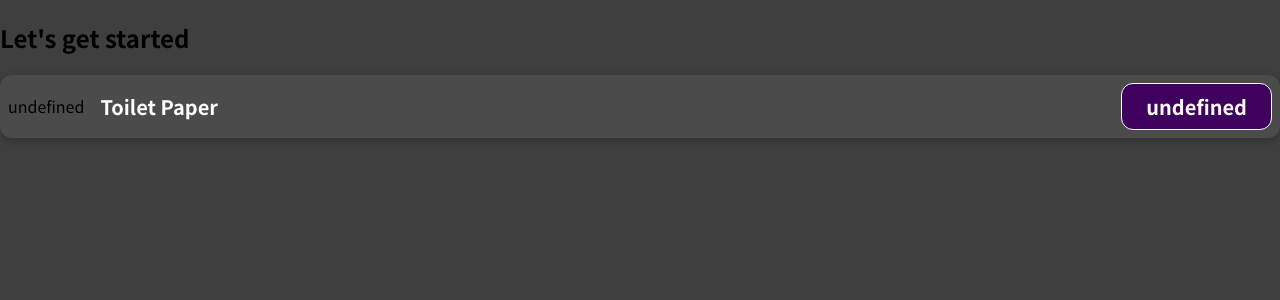
Repository: runner855/expense-tracker
Page: /
These files come from the project's save history. The page is drawn as it stood at one moment and after a run of saves; the edit follows.
The browser window is 1280 px wide. The pictures show the whole page.
The project was rebuilt for these pictures with package versions that can differ from the ones it lists, and the page was loaded fresh each time.

Above is the page before, as saved 2022-09-02 13:03:57.

After the next 2 saves:
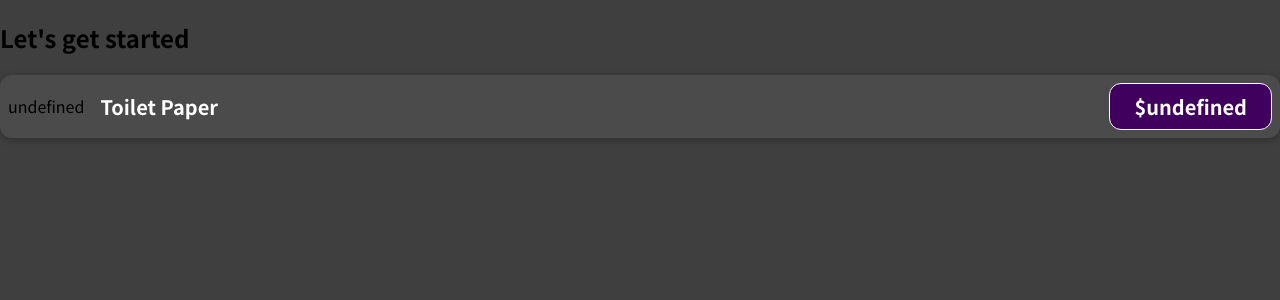
The 2 saves are shown as one change because 1 did not build or start.
The last was saved 37 s later.
--- a/src/components/ExpenseItem.js
+++ b/src/components/ExpenseItem.js
@@ -14,7 +14,7 @@ const ExpenseItem = (props) => {
       <div className='expense-item__description'>
         <h2>{`${title}`}</h2>
         <div className='expense-item__price'>
-          {`${amount}`}
+          ${`${amount}`}
         </div>
       </div>
     </div>)
